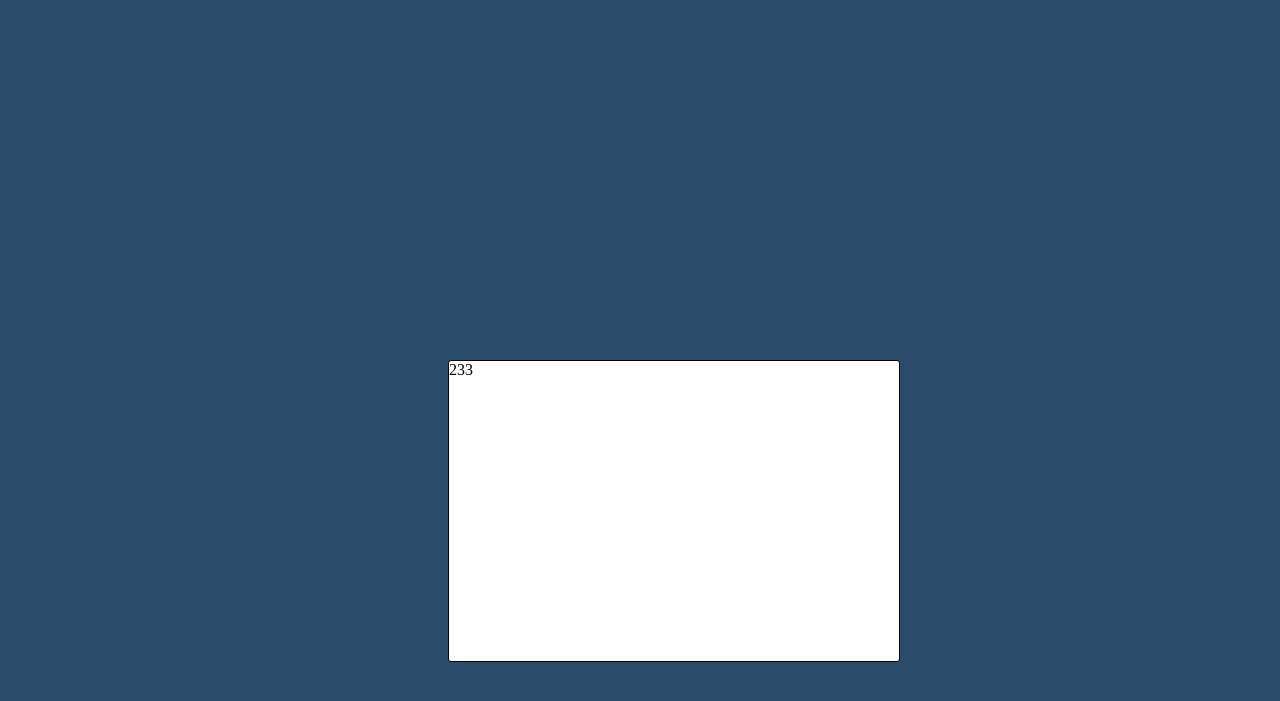
Repository: ShihaoHuang21/vue_shop
Page: /
The author's editor kept a copy of each file at every save. The page is drawn from the files as they stood at one save, then again after the next save.
The browser window is 1280 px wide. The pictures show the whole page.
The project was rebuilt for these pictures with package versions that can differ from the ones it lists, and the page was loaded fresh each time.

Above is the page before, as saved 2020-12-01 21:56:02.

After the next save:
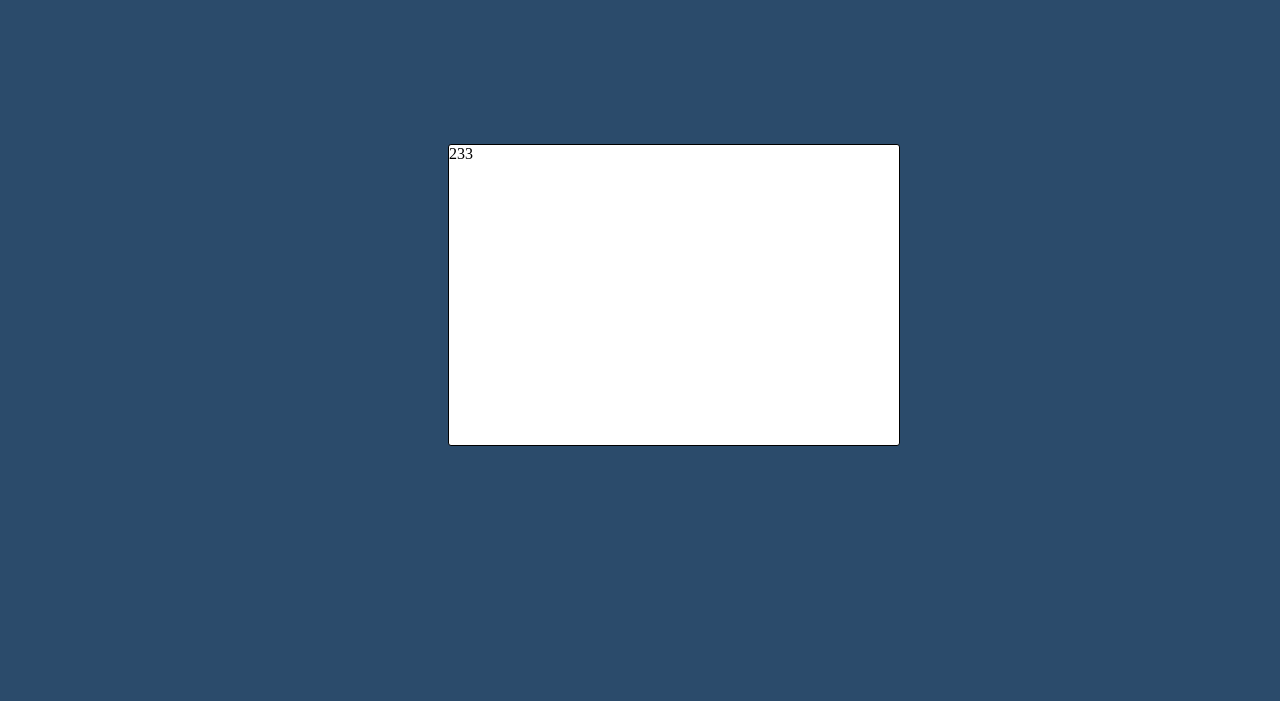
Saved 9 s later.
--- a/src/components/Login.vue
+++ b/src/components/Login.vue
@@ -28,6 +28,6 @@
   border-radius: 3px;
   position: absolute;
   left: 35%;
-  top: 50%;
+  top: 20%;
 }
 </style>
